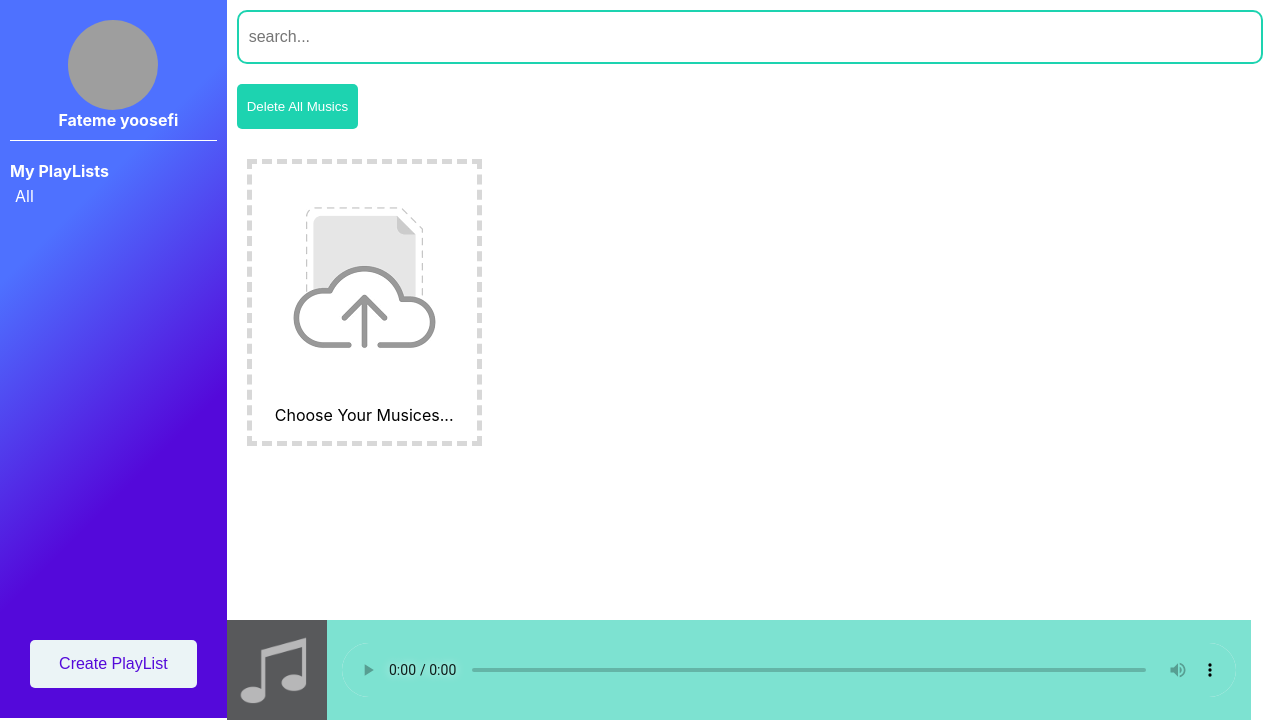
Repository: fateme81yosefi/musicPlayer
Page: /
The author's editor kept a copy of each file at every save. The page is drawn from the files as they stood at one save, then again after the next save.
The browser window is 1280 px wide. The pictures show the whole page.
Pictures or frames that could not be fetched are drawn as grey boxes. The project was rebuilt for these pictures with package versions that can differ from the ones it lists, and the page was loaded fresh each time.

Above is the page before, as saved 2025-06-28 14:04:54.

### src/App.js
import React from 'react';
import FileUploader from './Data/FileUploader/FileUploader';
import MainPage from './Components/MainPage/MainPage';


const App = () => {



  return (
    <div>
      <MainPage />
    </div>
  );
}

export default App;

### src/Data/FileUploader/FileUploader.js
import React, { useState, useEffect } from 'react';
import { useDropzone } from 'react-dropzone';
import { openDB } from 'idb';
import "./FileUploader.css";

const DB_NAME = 'AudioFilesDB';
const DB_VERSION = 1;
const STORE_NAME = 'audioFiles';

const initDB = async () => {
    const db = await openDB(DB_NAME, DB_VERSION, {
        upgrade(db) {
            if (!db.objectStoreNames.contains(STORE_NAME)) {
                const store = db.createObjectStore(STORE_NAME, { keyPath: 'name' });
                store.createIndex('category', 'category');
                store.createIndex('isFav', 'isFav');
            }
        }
    });
    return db;
};

const getStoredFiles = async (db) => {
    const tx = db.transaction(STORE_NAME, 'readonly');
    const store = tx.objectStore(STORE_NAME);
    return await store.getAll();
};

const storeFile = async (db, file) => {
    const tx = db.transaction(STORE_NAME, 'readwrite');
    const store = tx.objectStore(STORE_NAME);
    await store.put(file);
    await tx.done;
};


const FileUploader = ({ handlePlay, query, selectedCategory }) => {
    const [audioFiles, setAudioFiles] = useState([]);
    const [categories, setCategories] = useState([]);
    const [currentCategory, setCurrentCategory] = useState('');


    const deleteAllFiles = async () => {
        const db = await initDB();
        const tx = db.transaction(STORE_NAME, 'readwrite');
        const store = tx.objectStore(STORE_NAME);
        await store.clear();
        await tx.done;
        window.location.reload()
    };

    useEffect(() => {
        const storedCategories = JSON.parse(localStorage.getItem('categories'));
        if (storedCategories) {
            setCategories(storedCategories);
        }
    }, []);


    useEffect(() => {
        setCurrentCategory(selectedCategory)
    }, [selectedCategory])


    useEffect(() => {
        if (query !== "") {
            setAudioFiles(audioFiles.filter((item) => item.name.toLowerCase().includes(query.toLowerCase())));
        } else {
            const fetchStoredFiles = async () => {
                const db = await initDB();
                const storedFiles = await getStoredFiles(db);
                setAudioFiles(storedFiles.map(file => ({
                    ...file,
                    data: URL.createObjectURL(new Blob([file.data], { type: file.type }))
                })));
            };

            fetchStoredFiles();
        }
    }, [query]);

    useEffect(() => {
        const fetchStoredFiles = async () => {
            const db = await initDB();
            const storedFiles = await getStoredFiles(db);
            setAudioFiles(storedFiles.map(file => ({
                ...file,
                data: URL.createObjectURL(new Blob([file.data], { type: file.type }))
            })));
        };

        fetchStoredFiles();
    }, []);

    const onDrop = async (acceptedFiles) => {
        const mp3Files = acceptedFiles.filter((file) => file.name.endsWith('.mp3'));

        const db = await initDB();

        for (const file of mp3Files) {
            const fileData = await file.arrayBuffer();
            await storeFile(db, { name: file.name, type: file.type, data: fileData, category: '' });
        }

        const storedFiles = await getStoredFiles(db);
        setAudioFiles(storedFiles.map(file => ({
            ...file,
            data: URL.createObjectURL(new Blob([file.data], { type: file.type }))
        })));
    };

    const handleCategoryChange = async (file, category) => {
        const updatedFile = { ...file, category };

        const db = await initDB();
        await storeFile(db, updatedFile);

        const storedFiles = await getStoredFiles(db);
        setAudioFiles(storedFiles.map(f => ({
            ...f,
            data: URL.createObjectURL(new Blob([f.data], { type: f.type }))
        })));
    };

    const { getRootProps, getInputProps } = useDropzone({ onDrop });

    return (
        <>
            <button className='deleteAll' onClick={deleteAllFiles}>Delete All Musics</button>

            <div className='containSingle'>
                <div className='fullWidth'>
                    {audioFiles
                        .filter(file => currentCategory === "" || file.category === currentCategory)
                        .map((file, index) => (
                            <div className='singleSelectedAudio' key={index}>
                                <div className='row'>
                                    <div className='containDetails'>
                                        <img className='cover' alt="cover" src='/song_cover.png' />
                                        <span className='name'>{file.name}</span>
                                    </div>
                                    <div className='row'>
                                        <select
                                            value={file.category}
                                            onChange={(e) => handleCategoryChange(file, e.target.value)}
                                        >
                                            <option value="">Select Category</option>
                                            {categories.map((category, index) => (
                                                <option key={index} value={category}>{category}</option>
                                            ))}
                                        </select>
                                        <button className='btnPlay' onClick={() => handlePlay(file)}>
                                            <img className='play' alt='icon' src='/play-button.svg' />
                                        </button>
                                    </div>
                                </div>
                                <audio className='selectedAudio' src={file.data} key={index} controls />
                            </div>
                        ))}
                </div>

                <div className='fullWidth' {...getRootProps()}>
                    <input {...getInputProps()} />
                    <div className='chooseFile'>
                        <img alt='drag file' src='/images.png' />
                        <p> Choose Your Musices...</p>
                    </div>
                </div>
            </div>
        </>
    );
};

export default FileUploader;

### src/Components/MainPage/MainPage.js
import React, { useState, useEffect } from 'react';
import Modal from 'react-modal';
import FileUploader from "../../Data/FileUploader/FileUploader";
import "./MainPage.css";

const MainPage = () => {
    const [category, setCategory] = useState('');
    const [categories, setCategories] = useState([]);
    const [currentMusic, setCurrentMusic] = useState({});
    const [showModal, setShowModal] = useState(false);
    const [searchQuery, setSearchQuery] = useState('');
    const [selectedCategory, setSelectedCategory] = useState('');


    useEffect(() => {
        const storedCategories = JSON.parse(localStorage.getItem('categories'));
        if (storedCategories) {
            setCategories(storedCategories);
        }
    }, []);

    const handleAddCategory = () => {
        if (category) {
            const updatedCategories = [...categories, category];
            setCategories(updatedCategories);
            setCategory('');
            localStorage.setItem('categories', JSON.stringify(updatedCategories));
            setShowModal(false)
        }
    };

    const handlePlay = (file) => {
        setCurrentMusic(file);
    };


    return (
        <div className="container">
            <Modal
                isOpen={showModal}
                contentLabel="Create Playlist"
                className="modalCategory"
            >
                <h2>Create Playlist</h2>
                <input
                    type="text"
                    value={category}
                    placeholder='Enter Your Playlist Name'
                    onChange={(e) => setCategory(e.target.value)}
                />
                <button onClick={handleAddCategory}>Confirm</button>
            </Modal>

            <div className="leftMenue">
                <div className="top">
                    <div className="imageProfile">
                        <img src="https://encrypted-tbn0.gstatic.com/images?q=tbn:ANd9GcRXJA32WU4rBpx7maglqeEtt3ot1tPIRWptxA&s" alt="Profile" />
                        <div className="name">Fateme yoosefi</div>
                    </div>
                    <div className="categories">
                        <div className='playlist'>My PlayLists</div>
                        <div className='category' onClick={() => { setSelectedCategory('') }}>All</div>
                        {
                            categories.map((item, index) => <div key={index} className='category' onClick={() => { setSelectedCategory(item) }}>{item}</div>)
                        }
                    </div>
                </div>
                <button className='create' onClick={() => setShowModal(true)}>Create PlayList</button>
            </div>
            <div className="rightPage">
                <input className='inputSearch' placeholder="search..." onChange={(e) => setSearchQuery(e.target.value)}
                />
                <FileUploader handlePlay={handlePlay} query={searchQuery} selectedCategory={selectedCategory} />
                <div className="currentlyPlay">
                    <img src="/song_cover.png" alt="کاور آهنگ" />
                    <div className="containName">
                        <span className="musicName">{currentMusic.name}</span>
                        <audio id="player" src={currentMusic.data} controls ></audio>
                    </div>
                </div>

            </div>
        </div>
    )
};

export default MainPage;

### src/Data/FileUploader/FileUploader.css
.chooseFile {
  border: 5px dashed rgb(216, 216, 216);
  display: flex;
  flex-direction: column;
  align-items: center;
  justify-content: space-around;
  margin: 10px;
  margin-bottom: 100px;
}
.selectedAudio::-webkit-media-controls-panel {
  background-color: rgb(211, 211, 211);
  border: none;
}
.selectedAudio {
  border-radius: 0;
  background-color: rgb(211, 211, 211);
  padding: 20px;
  width: 100% !important;
  display: none;
}
.singleSelectedAudio {
  background-color: rgb(255, 255, 255);
  border-bottom: 1px solid rgb(238, 238, 238);
}
.row {
  display: flex;
  flex-direction: row;
  justify-content: space-between;
}

.cover {
  width: 40px;
  height: 40px;
}
.containDetails {
  display: flex;
  flex-direction: row;
  align-items: center;
  justify-content: center;
}

.containSingle {
  padding: 10px;
  display: flex;
  flex-direction: row;
  width: 100%;
}
.name {
  margin-left: 10px;
}
.play {
  width: 30px;
  height: 30px;
}
.btnPlay {
  background-color: transparent;
  border: none;
}

.deleteAll {
  margin: 10px;
  background-color: #1dd3b0;
  margin-bottom: 10px;
  padding: 15px 10px;
  border-radius: 5px;
  border: none;
  color: #ffff;
}
select {
  background-color: #1dd3b0;
  padding: 10px;
  border: none;
  color: white;
}

### src/Components/MainPage/MainPage.css
.container {
  display: flex;
  flex-direction: row;
  background-color: #ffffff;
}
.leftMenue {
  background: linear-gradient(
    135deg,
    #4e71ff 0%,
    #4e71ff 30%,
    #5409da 65%,
    #5409da 100%
  );
  width: 20%;
  height: 97vh;
  display: flex;
  flex-direction: column;
  justify-content: space-between;
  padding: 10px;
}
.imageProfile {
  display: flex;
  flex-direction: column;
  align-items: center;
  border-bottom: 1px solid white;
  padding: 10px;
  color: #ffffff;
  font-weight: bold;
  justify-content: space-between;
}

.imageProfile img {
  border-radius: 100%;
  width: 90px;
  height: 90px;
}
.playlist {
  font-size: medium;
  color: #ffffff;
  font-weight: bold;
  margin-top: 20px;
}
.rightPage {
  width: 100%;
  height: 100vh;
  position: relative;
  padding: 0 20px 0 0;
  padding-left: 0;
}
.rightPage input {
  width: 97%;
  height: 40px;
  font-size: medium;
}
.currentlyPlay {
  display: flex;
  flex-direction: row;
  align-items: center;
  background-color: #7de2d1;
  height: 100px;
  bottom: 0;
  position: fixed;
  width: 80%;
}
.currentlyPlay img {
  width: 100px;
  height: 100px;
}
.containName {
  width: 100%;
  padding: 15px;
}
.musicName {
  font-weight: bold;
}
audio {
  width: 100%;
  display: flex;
  flex-direction: column;
  border: none;
}

audio::-webkit-media-controls-panel {
  background-color: #7de2d1;
  border: none;
}
.rightPage {
  overflow: scroll;
}
.modalCategory {
  position: fixed;
  background-color: #7de2d1;
  top: 50%;
  left: 50%;
  transform: translate(-50%, -50%);
  width: 30%;
  display: flex;
  flex-direction: column;
  align-items: center;
  justify-content: center;
  color: white;
}
.modalCategory input {
  padding: 10px;
  margin-bottom: 10px;
  width: 80%;
}
.modalCategory button {
  background-color: #1dd3b0;
  margin-bottom: 10px;
  padding: 15px 10px;
  border-radius: 5px;
  border: none;
  color: #ffff;
}

.category {
  font-size: medium;
  color: #ffffff;
  margin-left: 5px;
  margin: 5px;
}

.inputSearch {
  margin: 10px;
  border: 2px solid #1dd3b0;
  padding: 5px 10px;
  border-radius: 10px;
}

.create {
  padding: 15px 4px;
  border-radius: 5px;
  margin: 20px;
  background-color: #ebf4f6;
  border: none;
  color: #5409da;
  font-size: medium;
}
h3,
h4 {
  color: white;
}

Loaded but not shown: public/index.html (common file); src/index.js (common file); src/index.css (common file); src/reportWebVitals.js (common file)

After the next save:
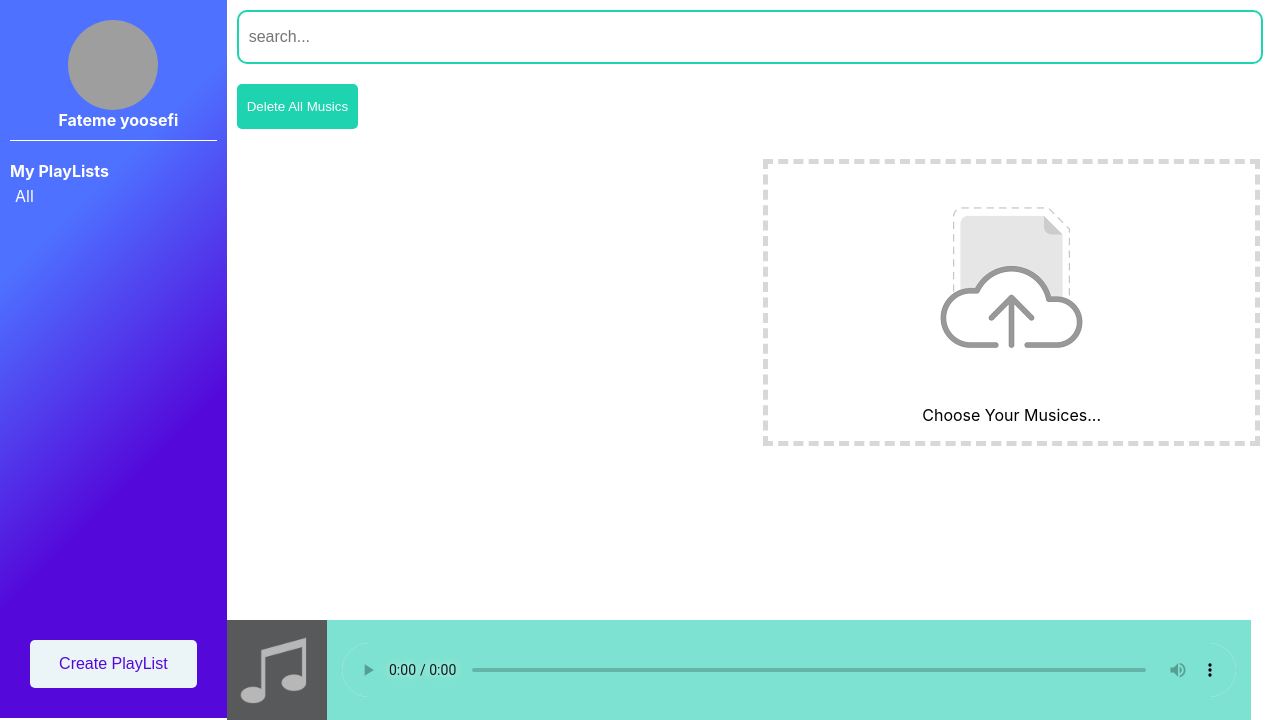
Saved 1 s later.
--- a/src/Data/FileUploader/FileUploader.css
+++ b/src/Data/FileUploader/FileUploader.css
@@ -48,6 +48,9 @@
 .name {
   margin-left: 10px;
 }
+.fullWidth{
+    width: 100%;
+}
 .play {
   width: 30px;
   height: 30px;
